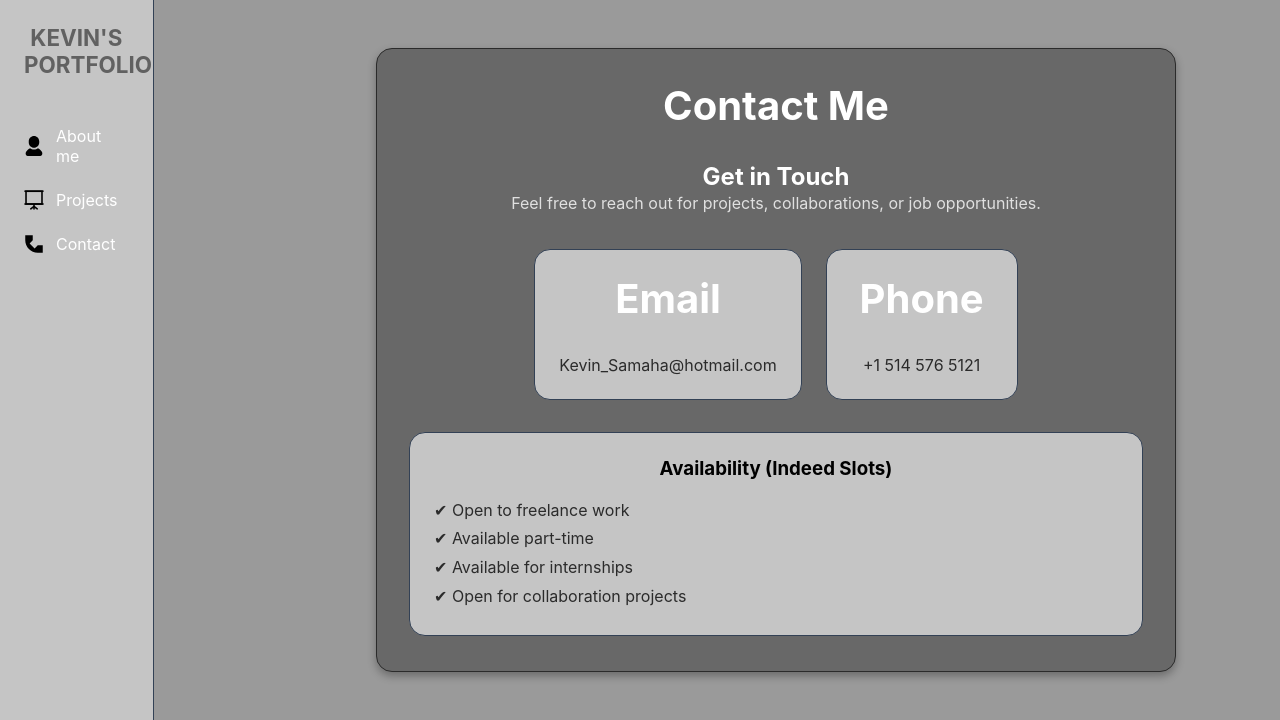
Repository: KevinSamaha/Kevin_Samaha
Page: pages/contact.html
These files come from the project's save history. The page is drawn as it stood at one moment and after the next save; the edit follows.
The browser window is 1280 px wide. The pictures show the whole page.

Above is the page before, as saved 2026-05-13 23:39:26.

### pages/contact.html
<!doctype html>
<html lang="en">
  <head>
    <meta charset="UTF-8" />
    <meta name="viewport" content="width=device-width, initial-scale=1.0" />
    <title>Contact Me</title>

    <link rel="stylesheet" href="../styles/contact.css" />
        <link rel="stylesheet" href="../styles/global.css"/>
  </head>

  <body>
    <!-- SIDEBAR -->
    <header>
      <h2 class="logo">KEVIN'S PORTFOLIO</h2>

      <nav>
        <ul class="sidebarcontainer">
          <li>
            <a class="sidebar" href="index.html">
              <img src="../Assets/images/me.svg" class="icon" />
              About me
            </a>
          </li>

          <li>
            <a class="sidebar" href="projects.html">
              <img src="../Assets/images/project.svg" class="icon" />
              Projects
            </a>
          </li>

          <li>
            <a class="sidebar" href="contact.html">
              <img src="../Assets/images/phone.svg" class="icon" />
              Contact
            </a>
          </li>
        </ul>
      </nav>
    </header>

    <!-- MAIN -->
    <main>
      <section class="contact-wrapper">
        <h1 class="title">Contact Me</h1>

        <h2>Get in Touch</h2>

        <p class="subtitle">
          Feel free to reach out for projects, collaborations, or job
          opportunities.
        </p>

        <!-- CONTACT INFO -->
        <section class="contact-info">
          <article class="info-box">
            <h3 class="title">Email</h3>
            <p class="info">Kevin_Samaha@hotmail.com</p>
          </article>

          <article class="info-box">
            <h3 class="title">Phone</h3>
            <p class="info">+1 514 576 5121</p>
          </article>
        </section>

        <!-- AVAILABILITY -->
        <article class="availability">
          <h3>Availability (Indeed Slots)</h3>

          <ul>
            <li>✔ Open to freelance work</li>
            <li>✔ Available part-time</li>
            <li>✔ Available for internships</li>
            <li>✔ Open for collaboration projects</li>
          </ul>
        </article>
      </section>
    </main>
  </body>
</html>

### styles/contact.css
/* GENERAL */
* {
  margin: 0;
  padding: 0;
  box-sizing: border-box;
  font-family: "Inter", sans-serif;
}

body {
  background-color: #00000065;
  color: white;
  min-height: 100vh;
  display: flex;
}


/* =========================
   MAIN LAYOUT
========================= */

main {
  margin-left: 17rem;
  width: 100%;
  display: flex;
  justify-content: center;
  padding: 3rem;
}

/* =========================
   CONTACT BOX
========================= */

.contact-wrapper {
  width: 100%;
  max-width: 50rem;

  background-color: #686868;
  padding: 2rem;
  border-radius: 1rem;
  border: 0.0625rem solid #2b2b2b;
  box-shadow: 0 0.25rem 0.5rem rgba(0, 0, 0, 0.3);

  text-align: center;
}

.title {
  font-size: 2.5rem;
  margin-bottom: 2rem;
  color: #ffffff;
}

.subtitle {
  margin-bottom: 2rem;
  color: #e0e0e0;
  line-height: 1.6;
}

/* CONTACT INFO */

.contact-info {
  display: flex;
  gap: 1.5rem;
  justify-content: center;
  flex-wrap: wrap;
  margin-bottom: 2rem;
}

.info-box {
  background-color: #c5c5c5;
  padding: 1.5rem;
  border-radius: 1rem;
  /* Change 'width' to 'min-width' or 'width: auto' to allow growth */
  min-width: 12rem;
  width: auto;
  border: 0.0625rem solid #334155;
}

.info-title {
  color: #000;
  margin-bottom: 0.5rem;
}

.info {
  color: #2b2b2b;
  /* These lines handle the scaling/wrapping */
  word-wrap: break-word;       /* Older browsers */
  overflow-wrap: anywhere;     /* Modern way to break long strings */
  font-size: clamp(0.8rem, 2vw, 1rem); /* Dynamically scales font based on screen size */
}

/* AVAILABILITY */

.availability {
  background-color: #c5c5c5;
  padding: 1.5rem;
  border-radius: 1rem;
  border: 0.0625rem solid #334155;
  text-align: left;
}

.availability h3 {
  text-align: center;
  margin-bottom: 1rem;
  color: #000;
}

.availability ul {
  list-style: none;
  color: #2b2b2b;
  line-height: 1.8;
}

/* MOBILE */

@media (max-width: 64rem) {
  header {
    width: 100%;
    height: auto;
    position: fixed;
    flex-direction: row;
    justify-content: space-between;
  }

  main {
    margin-left: 0;
    margin-top: 10rem;
    padding: 1.5rem;
  }

  .contact-info {
    flex-direction: column;
    align-items: center;
  }
}

### styles/global.css
header {
  width: 12%;
  min-width: 1%;
  height: 100vh;
  background-color: #c5c5c5;
  border-right: 0.0625rem solid #334155;
  position: fixed;
  display: flex;
  flex-direction: column;
  gap: 2rem;
  padding: 1.5rem;
}

.logo {
  font-size: 1.4rem;
  font-weight: 700;
  color: #616161;
  text-align: center;
  margin-bottom: 1rem;
}

.sidebarcontainer {
  list-style: none;
  display: flex;
  flex-direction: column;
  gap: 1.5rem;
}

.sidebar {
  display: flex;
  align-items: center;
  gap: 0.75rem;
  font-size: 1rem;
  text-decoration: none;
  color: inherit;
}

.sidebar:hover {
  color: #000000;
  background-color: #8f8f8f;
  border-radius: 0.5rem;
  transition: 0.2s ease;
}

.icon {
  width: 1.25rem;
  height: 1.25rem;
}

After the next save:
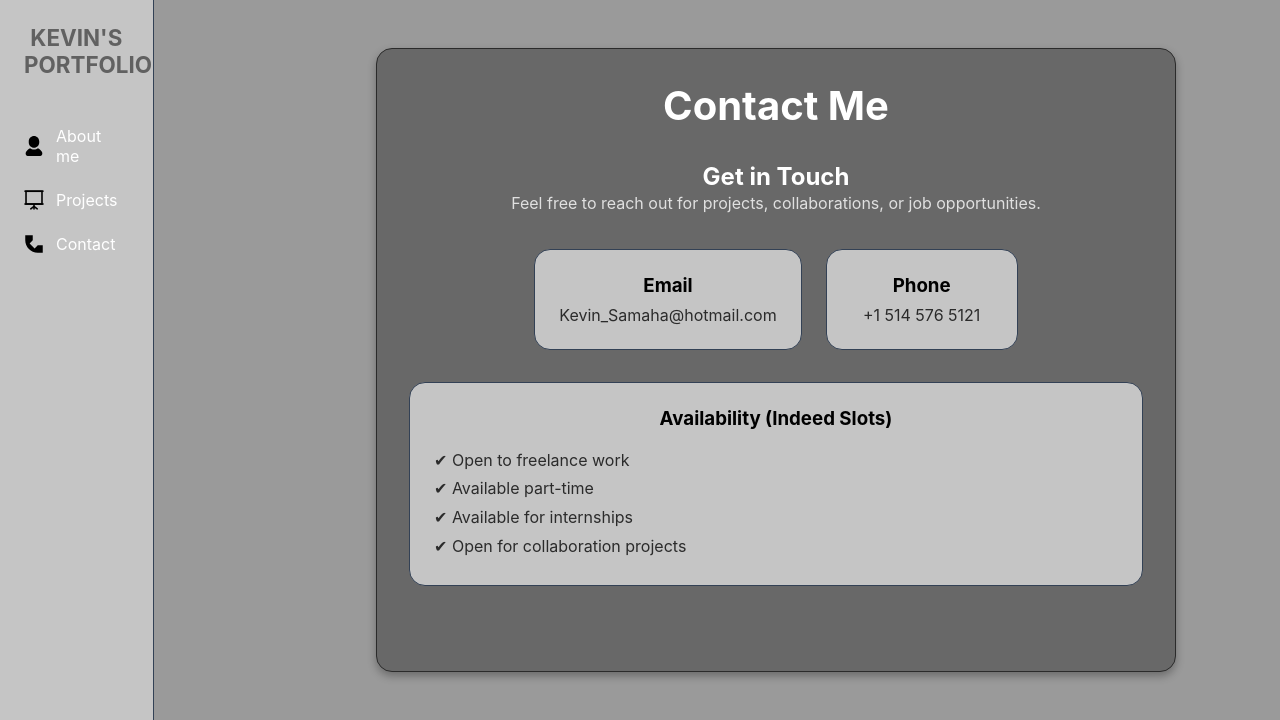
Saved 9 s later.
--- a/pages/contact.html
+++ b/pages/contact.html
@@ -55,12 +55,12 @@
         <!-- CONTACT INFO -->
         <section class="contact-info">
           <article class="info-box">
-            <h3 class="title">Email</h3>
+            <h3 class="info-title">Email</h3>
             <p class="info">Kevin_Samaha@hotmail.com</p>
           </article>
 
           <article class="info-box">
-            <h3 class="title">Phone</h3>
+            <h3 class="info-title">Phone</h3>
             <p class="info">+1 514 576 5121</p>
           </article>
         </section>
